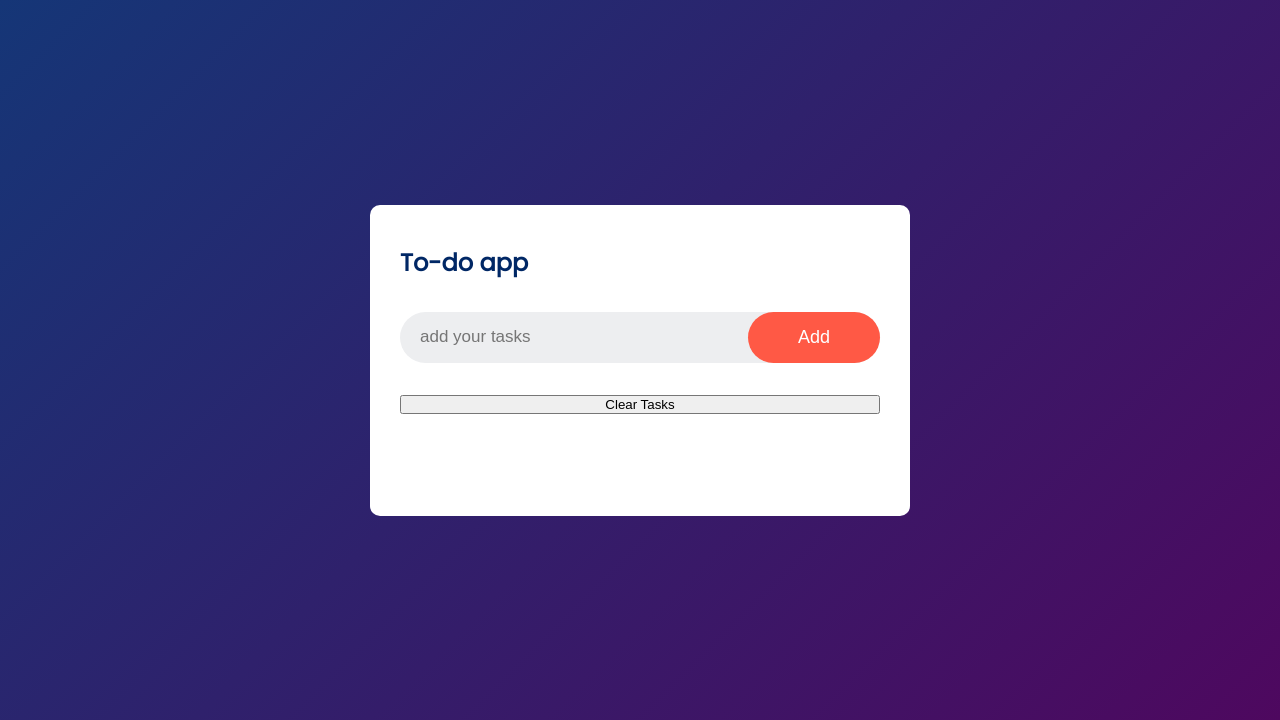
Repository: samoshi/To-do
Page: http://localhost/
An editor plug-in stored every save of this project. The page is shown before and after the next save, followed by the edit.
The browser window is 1280 px wide. The pictures show the whole page.
The page is served by the project's application, run on Flask 3 (app/app.py). Queries for data that is not in the repository find no rows.

Above is the page before, as saved 2024-01-14 20:07:21.

After the next save:
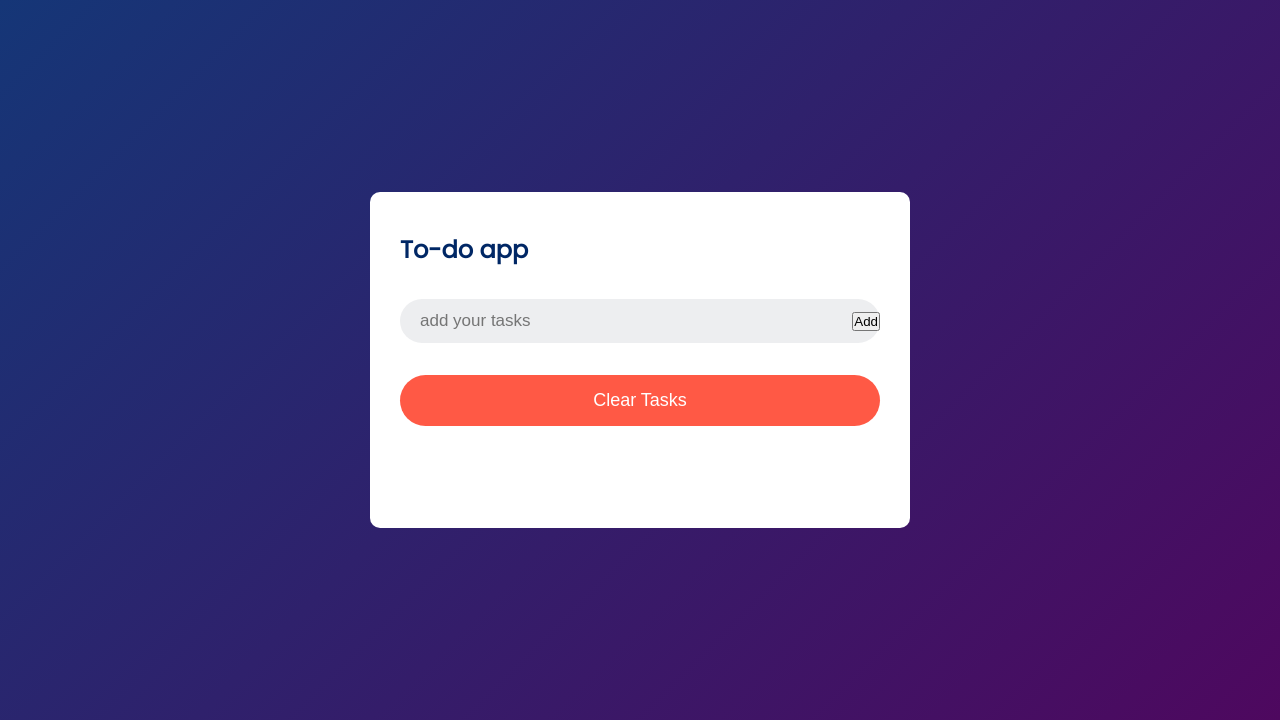
Saved 27 s later.
--- a/app/templates/index.html
+++ b/app/templates/index.html
@@ -20,10 +20,10 @@
             <form action="/add_task" method="post">
                 <div class="row">
                     <input type="text" name="title" id="input-box" placeholder="add your tasks" required>
-                    <button class="clear_button">Add</button>
+                    <button class="add_button">Add</button>
                 </div>
             </form>
-            <button onclick="clearTasks()">Clear Tasks</button>
+            <button class="clear_button" onclick="clearTasks()">Clear Tasks</button>
             <ul id="list-container">
                 {% for task in task_list %}
                     {% if task.complete == False %}
